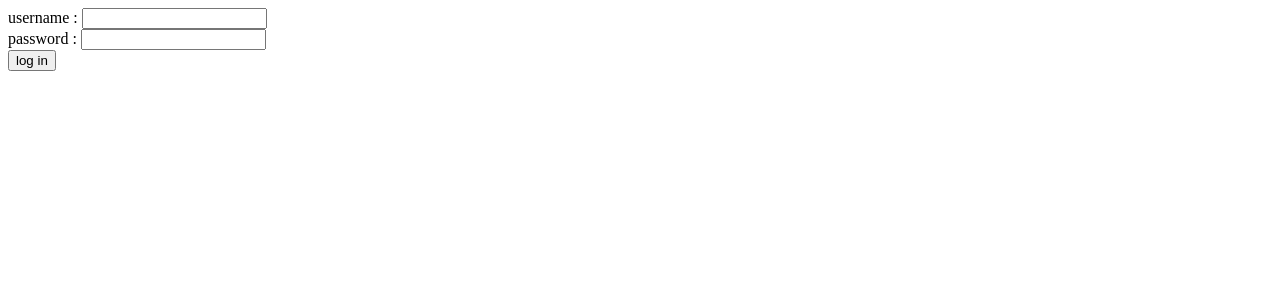
Repository: Aylin-NL/Webtech
Page: webtech1/WebContent/Login.html
The author's editor kept a copy of each file at every save. The page is drawn from the files as they stood at one save, then again after the next save.
The browser window is 1280 px wide. The pictures show the whole page.

Above is the page before, as saved 2014-09-02 20:24:47.

After the next save:
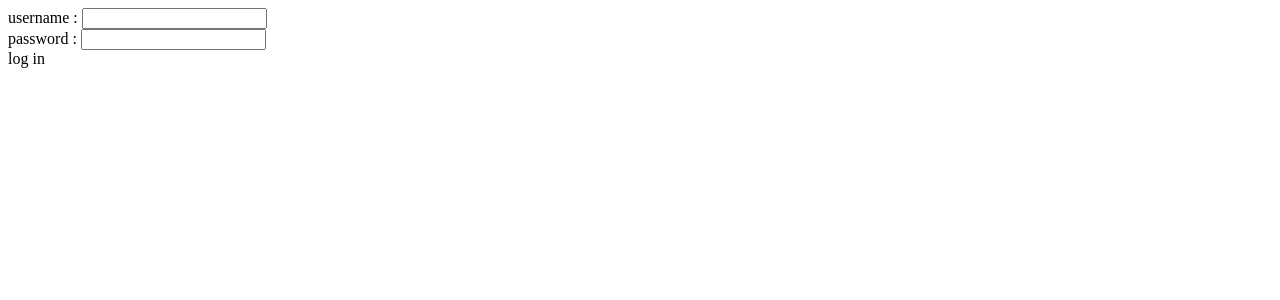
Saved 9 s later.
--- a/webtech1/WebContent/Login.html
+++ b/webtech1/WebContent/Login.html
@@ -11,7 +11,7 @@
 		password  : <input type="password" name="Password">
 		</form>
 
-		<button type = "button" method = post>
+		<form action = /register method = post>
 		log in
 		</button>
 
